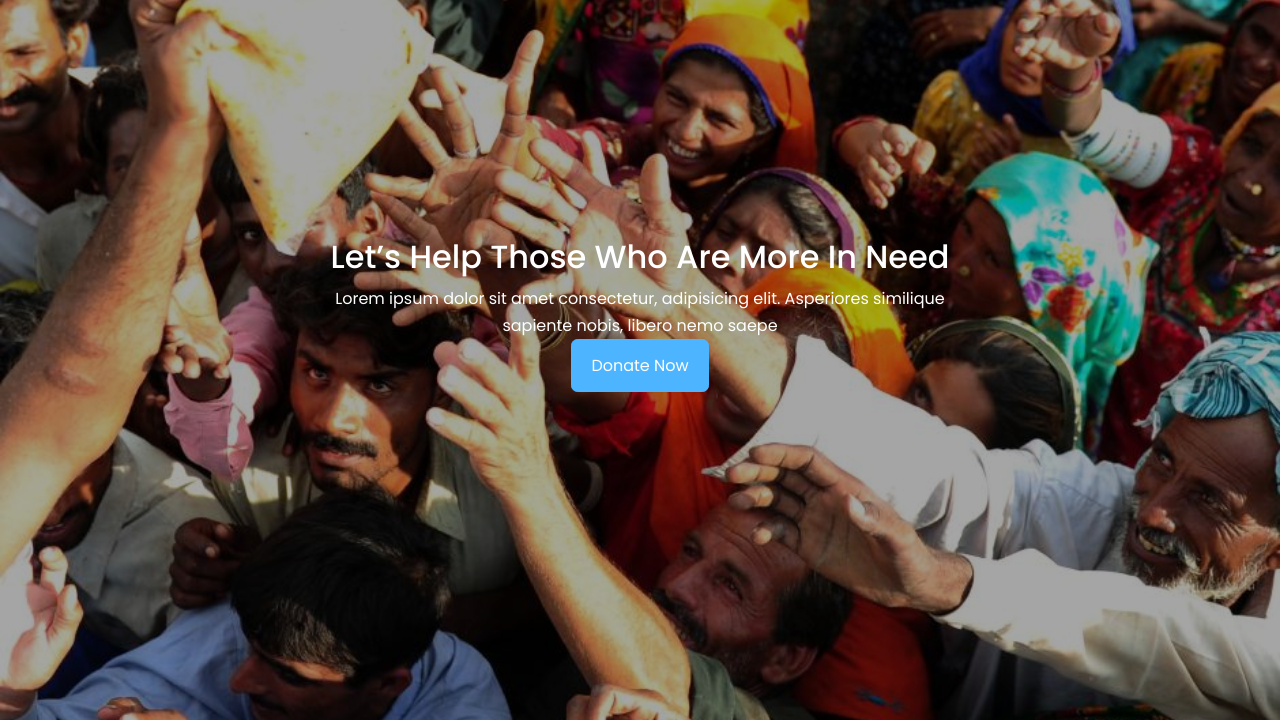
Repository: mdrubel02/donate-website
Page: index.html
These files come from the project's save history. The page is drawn as it stood at one moment and after the next save; the edit follows.
The browser window is 1280 px wide. The pictures show the whole page.

Above is the page before, as saved 2022-07-06 11:52:43.

### index.html
<!DOCTYPE html>
<html lang="en">
<head>
    <meta charset="UTF-8">
    <meta http-equiv="X-UA-Compatible" content="IE=edge">
    <meta name="viewport" content="width=device-width, initial-scale=1.0">
    <title>Our Donate Website</title>
    <link rel="stylesheet" href="./index.css">
</head>
<body>
    <section class="banner-section">

            <div class="banner-content">
                <h1>Let’s Help Those Who Are More In Need</h1>
                <p>Lorem ipsum dolor sit amet consectetur, adipisicing elit. Asperiores similique sapiente nobis, libero nemo saepe</p>

                <a href="" class="btn btn-primary">Donate Now</a>
            </div>

    </section>
</body>
</html>

### index.css
/* =====GOOGLE FONTS====== */
@import url('https://fonts.googleapis.com/css2?family=Poppins:wght@300;400;500;600&display=swap');

/* =====COMMON STYLES====== */
* {
    margin: 0;
    padding: 0;
    border: 0;
    outline: 0;
    list-style: none;
    text-decoration: none;
}

body {
    font-family: 'Poppins', sans-serif;
    color: #fff;
    line-height: 1.7;
}

h1,
h2,
h3,
h4,
h5,
h6 {
    font-weight: 500;
}

img {
    display: block;
    width: 100%;
    object-fit: cover;
}

.container {
    max-width: 1200px;
    margin: 0 auto;
    padding: 0 30px;
    margin-top: 10%;
    margin-bottom: 10%;
    box-sizing: border-box;
}

a {
    color: #fff;
    transition: all 400ms ease;
}

a:hover {
    color: #fff;
}

.btn {
    text-align: center;
    width: max-content;
    display: inline-block;
    color:#fff;
    padding: 0.75rem 1.2rem;
    border-radius: 0.4rem;
    border: 1px solid #4db5ff;
    cursor: pointer;
    transition: all 400ms ease;
}

.btn:hover {
    background: #fff;
    color: #4db5ff;
    border: 1px solid #4db5ff;
}

.btn-primary {
    background: #4db5ff;
    color: #fff;
}


/* ========BANNER SECTION STYLE======== */

.banner-section{
    background-image: url('./images/donation0.jpg');
    background-repeat: no-repeat;
    background-size: cover;
    background-position: center center;
    object-fit: cover;
    height: 100vh;
    width: 100%;
    position: fixed;
}
.banner-section:after{
    content: "";
    position: absolute;
    top: 0;
    left: 0;
    display: block;
    width: 100%;
    height: 100%;
    background-color: rgba(0, 0, 0, 0.5);
    opacity: .7;
    z-index: -1;
}
.banner-content {
	position: absolute;
	width: 50%;
	top: 32%;
	left: 25%;
	text-align: center;
}
.banner-content h1{
    font-size: 2rem;
}

After the next save:
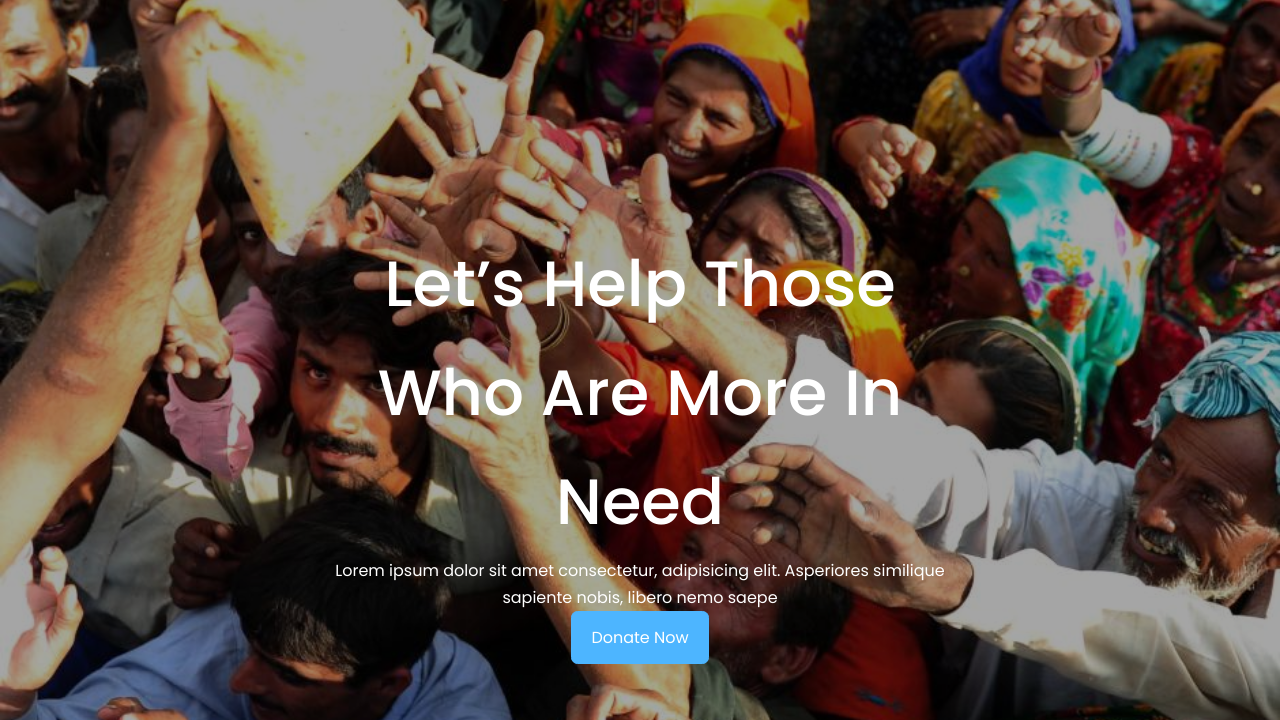
Saved 16 s later.
--- a/index.css
+++ b/index.css
@@ -106,5 +106,5 @@ a:hover {
 	text-align: center;
 }
 .banner-content h1{
-    font-size: 2rem;
+    font-size: 4rem;
 }
